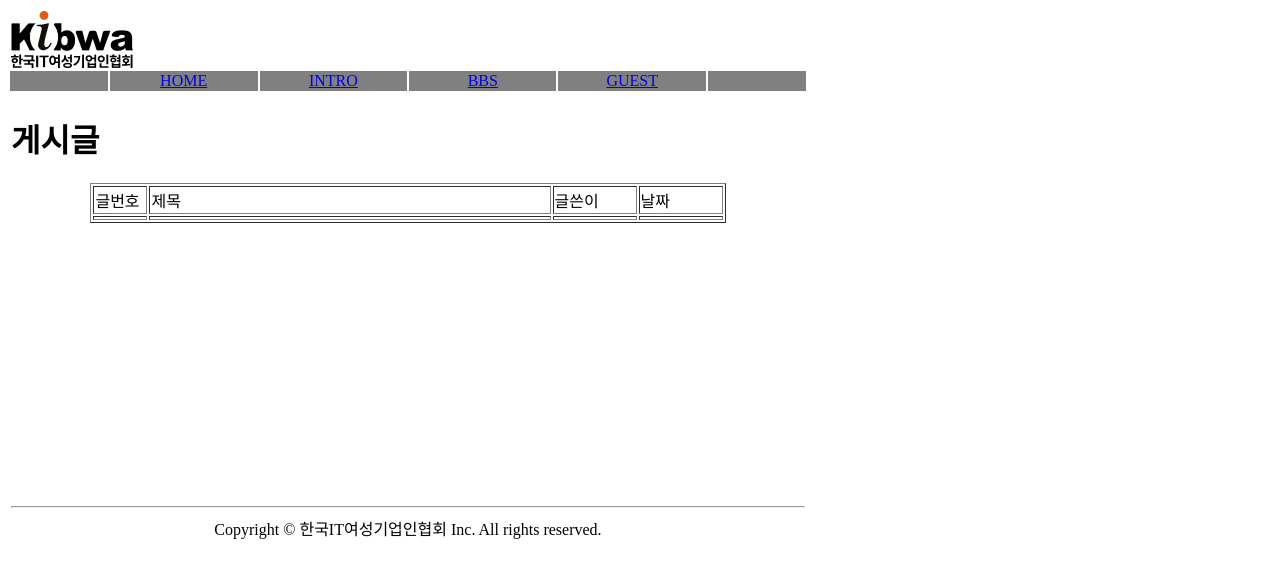
Repository: hwa3845/fullstackjava
Page: http://localhost/web02/list.jsp
An editor plug-in stored every save of this project. The page is shown before and after the next save, followed by the edit.
The browser window is 1280 px wide. The pictures show the whole page.
The page is served by Tomcat 9.

Above is the page before, as saved 2025-04-15 07:42:14.

After the next save:
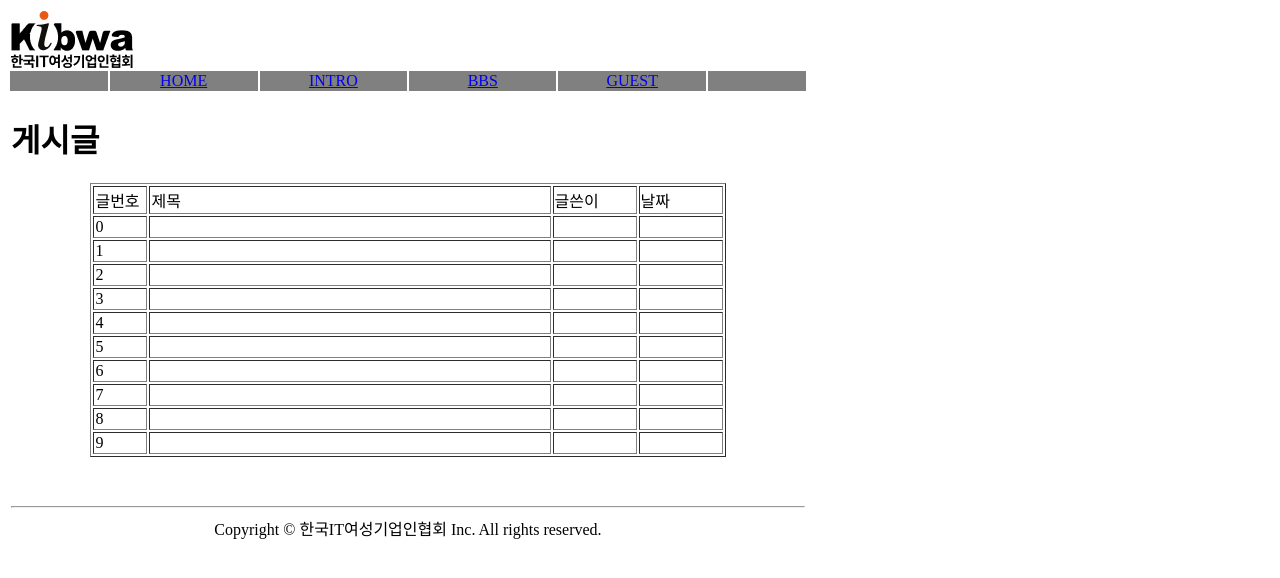
Saved 41 s later.
--- a/webWorkspace/web02/WebContent/list.jsp
+++ b/webWorkspace/web02/WebContent/list.jsp
@@ -29,13 +29,17 @@
 				<td width="80">글쓴이</td>
 				<td width="80">날짜</td>
 			</tr>
-			<% %>
+			<%
+			for(int i=0; i<10; i++){
+			%>
 			<tr>
-				<td></td>
+				<td><%=i %></td>
 				<td></td>
 				<td></td>
 				<td></td>
 			</tr>
+			<%
+			}%>
 		</table>
 		</td>
 	</tr>
